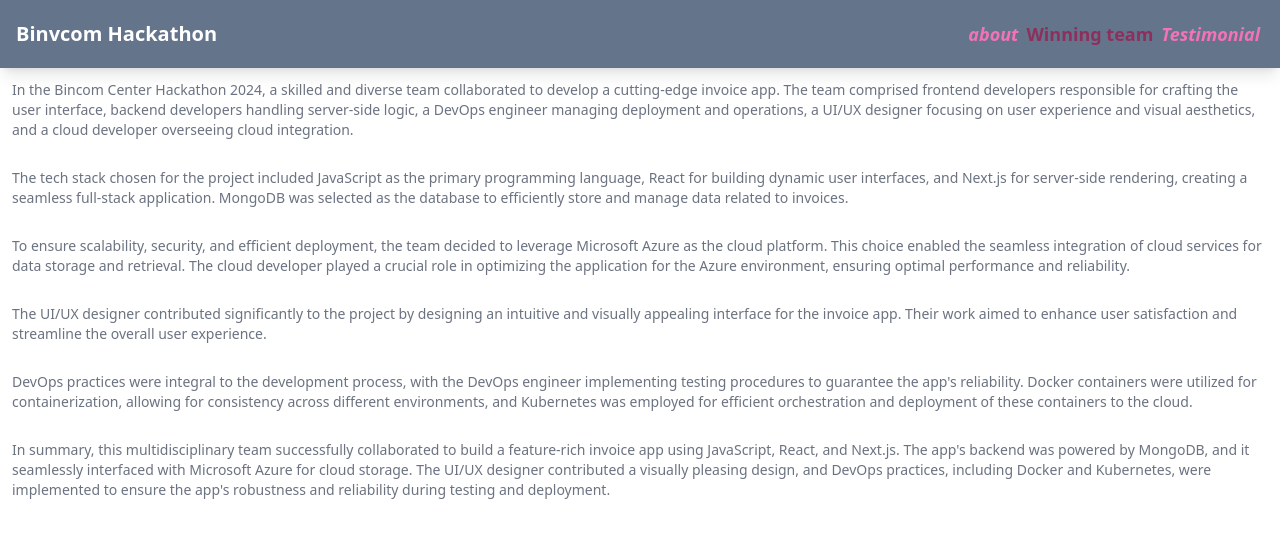
Repository: Semanmernstack/Bincom
Page: /winner
An editor plug-in stored every save of this project. The page is shown before and after the next save, followed by the edit.
The browser window is 1280 px wide. The pictures show the whole page.
The project was rebuilt for these pictures with package versions that can differ from the ones it lists, and the page was loaded fresh each time. The framework's server and built-in components were replaced by stand-ins that run in the browser. Also part of the build but not shown: next.config.mjs.

Above is the page before, as saved 2024-01-25 23:24:00.

After the next save:
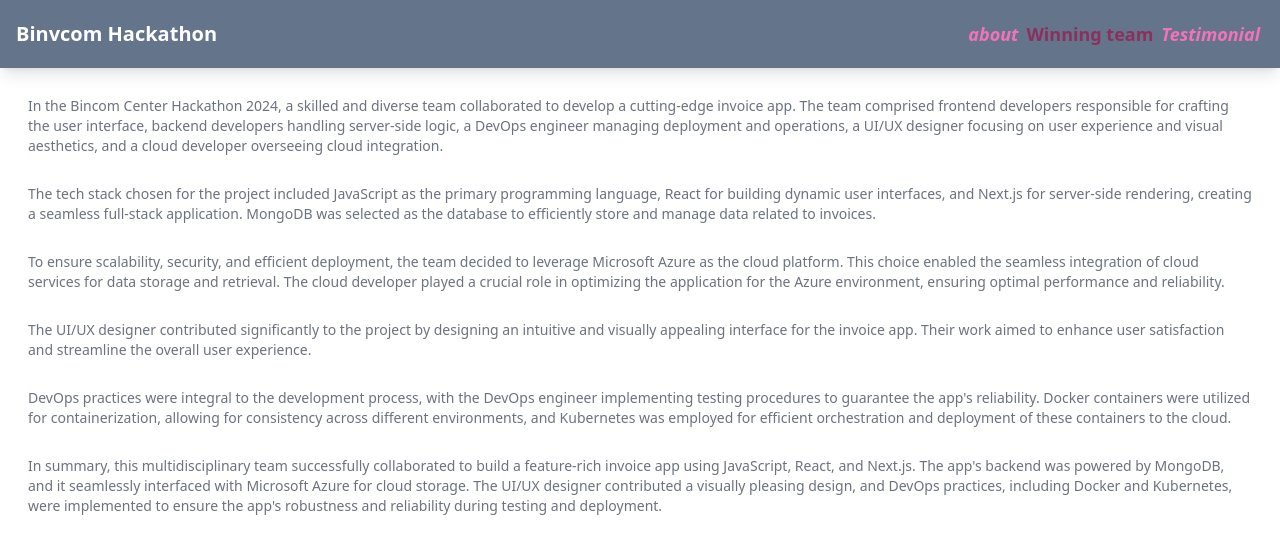
Saved 15 s later.
--- a/app/winner/page.tsx
+++ b/app/winner/page.tsx
@@ -2,7 +2,7 @@ import React from 'react'
 
 function page() {
   return (
-    <div className='flex flex-col p-3 text-gray-500 gap-7 text-sm'>
+    <div className='flex flex-col p-7 text-gray-500 gap-7 text-sm'>
         <h2>
             In the Bincom Center Hackathon 2024, a skilled and diverse team collaborated to develop a cutting-edge invoice app. The team comprised frontend developers responsible for crafting the user interface, backend developers handling server-side logic, a DevOps engineer managing deployment and operations, a UI/UX designer focusing on user experience and visual aesthetics, and a cloud developer overseeing cloud integration.
         </h2>
